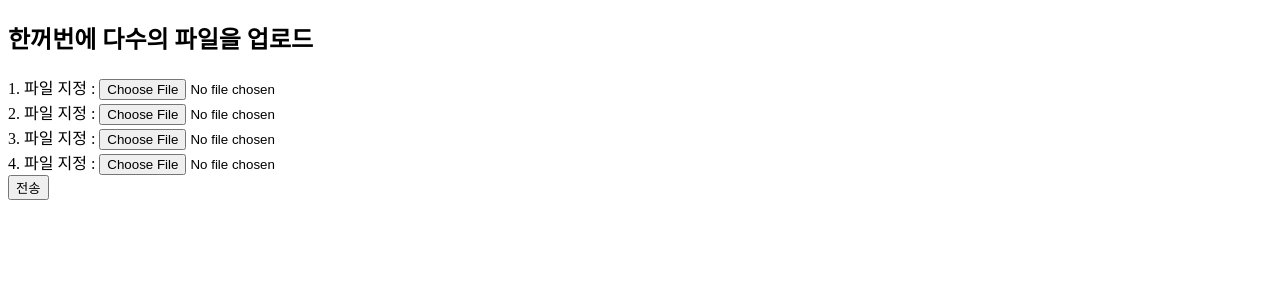
Repository: shinymusket/ideal-memory2
Page: http://localhost/web10/ex02_multiFileUpload.jsp
The author's editor kept a copy of each file at every save. The page is drawn from the files as they stood at one save, then again after the next save.
The browser window is 1280 px wide. The pictures show the whole page.
The page is served by Tomcat 9. Other server files are loaded and not shown.

Above is the page before, as saved 2022-06-15 05:58:16.

### jspWorkSpace/web10/WebContent/ex02_multiFileUpload.jsp
<%@ page language="java" contentType="text/html; charset=UTF-8"
    pageEncoding="UTF-8"%>
<!DOCTYPE html>
<html>
<head>
<meta charset="UTF-8">
<title>한꺼번에 다수의 파일을 업로드</title>
</head>
<body>
	<h2>한꺼번에 다수의 파일을 업로드</h2>
	<form action="MultiUploadServlet" method="post" enctype="multipart/form-data">
		1. 파일 지정 : <input type="file" name="uploadFile01" accpt=".jpg"><br>
		2. 파일 지정 : <input type="file" name="uploadFile02"><br>
		3. 파일 지정 : <input type="file" name="uploadFile03"><br>
		4. 파일 지정 : <input type="file" name="uploadFile04"><br>
		<input type="submit" value="전송">
	</form>
</body>
</html>

After the next save:
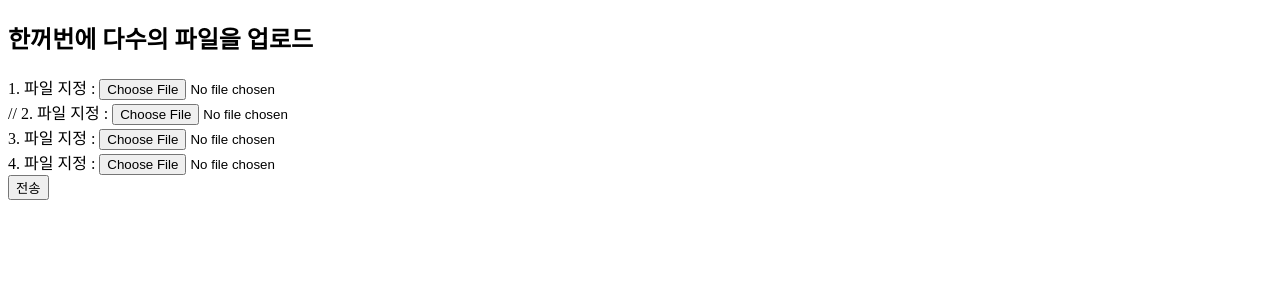
Saved 13 s later.
--- a/jspWorkSpace/web10/WebContent/ex02_multiFileUpload.jsp
+++ b/jspWorkSpace/web10/WebContent/ex02_multiFileUpload.jsp
@@ -9,7 +9,7 @@
 <body>
 	<h2>한꺼번에 다수의 파일을 업로드</h2>
 	<form action="MultiUploadServlet" method="post" enctype="multipart/form-data">
-		1. 파일 지정 : <input type="file" name="uploadFile01" accpt=".jpg"><br>
+		1. 파일 지정 : <input type="file" name="uploadFile01" accept=".jpg"><br> //
 		2. 파일 지정 : <input type="file" name="uploadFile02"><br>
 		3. 파일 지정 : <input type="file" name="uploadFile03"><br>
 		4. 파일 지정 : <input type="file" name="uploadFile04"><br>

After the 3 saves that followed:
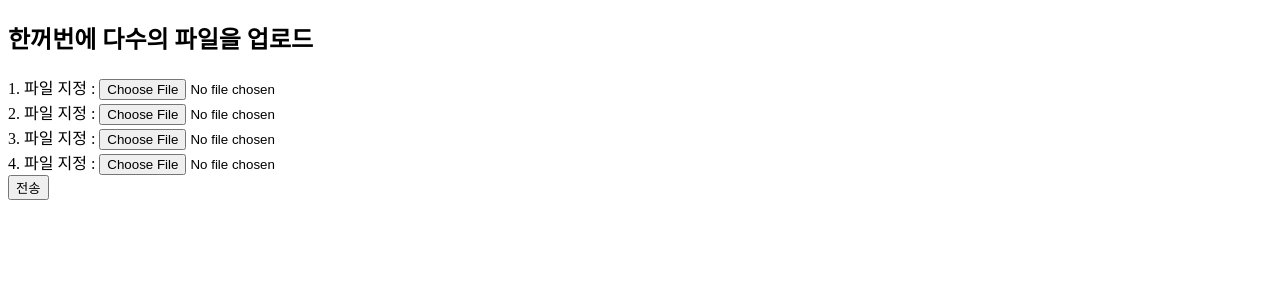
The 3 saves are shown as one change because 2 left the picture as it was.
The last was saved 12 s later.
--- a/jspWorkSpace/web10/WebContent/ex02_multiFileUpload.jsp
+++ b/jspWorkSpace/web10/WebContent/ex02_multiFileUpload.jsp
@@ -9,7 +9,7 @@
 <body>
 	<h2>한꺼번에 다수의 파일을 업로드</h2>
 	<form action="MultiUploadServlet" method="post" enctype="multipart/form-data">
-		1. 파일 지정 : <input type="file" name="uploadFile01" accept=".jpg"><br> //
+		1. 파일 지정 : <input type="file" name="uploadFile01" accept=".jpg,png"><br>
 		2. 파일 지정 : <input type="file" name="uploadFile02"><br>
 		3. 파일 지정 : <input type="file" name="uploadFile03"><br>
 		4. 파일 지정 : <input type="file" name="uploadFile04"><br>
